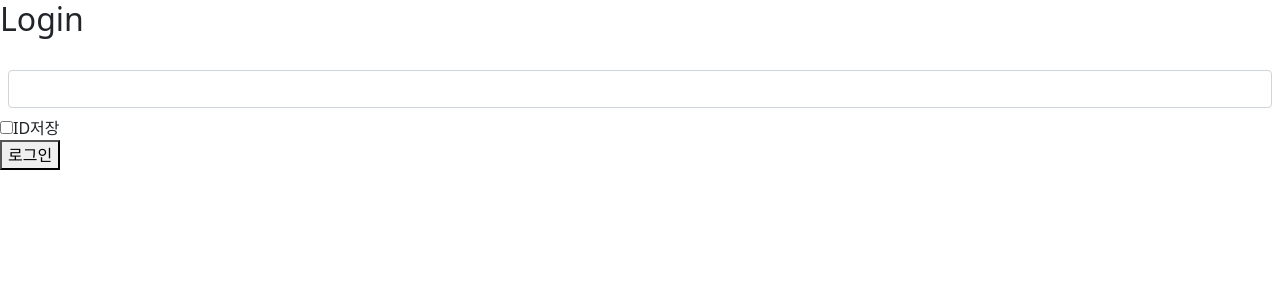
Repository: GotChun/DH_JSP
Page: http://localhost/01_JSP/C07/03/loginProc.jsp
The author's editor kept a copy of each file at every save. The page is drawn from the files as they stood at one save, then again after the next save.
The browser window is 1280 px wide. The pictures show the whole page.
The page is served by Tomcat 9.

Above is the page before, as saved 2024-10-23 05:23:56.

After the next save:
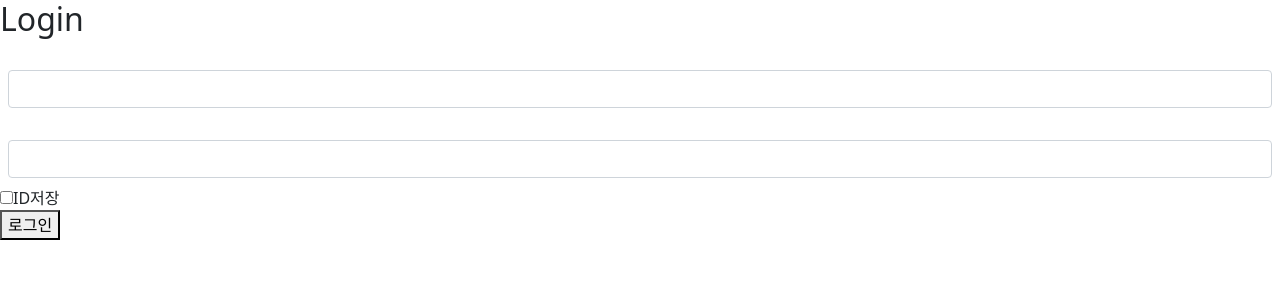
Saved 6 s later.
--- a/01_JSP/src/main/webapp/C07/03/loginProc.jsp
+++ b/01_JSP/src/main/webapp/C07/03/loginProc.jsp
@@ -23,6 +23,10 @@
 				<label for=""></label>
 				<input type="text" class="form-control"/>
 			</div>
+				<div class="m-2">
+				<label for=""></label>
+				<input type="text" class="form-control"/>
+			</div>
 
 			<div>
 					<input type="checkbox" /><label for="">ID저장</label>
